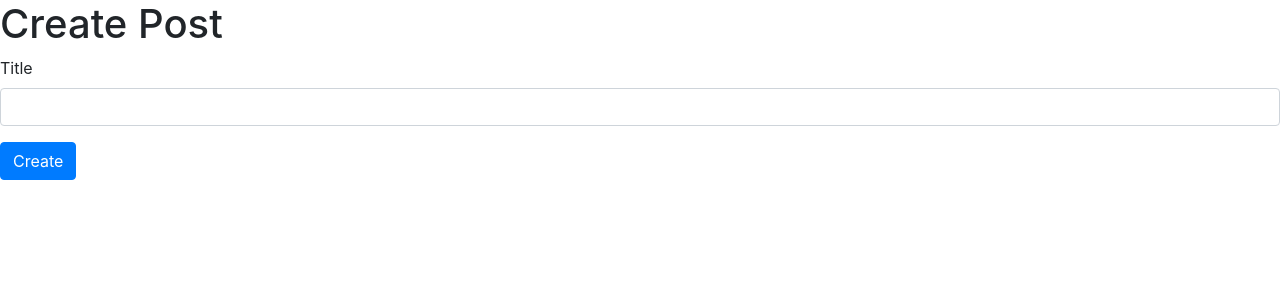
Repository: ymw0331/blog-mini-microservice
Page: / (app in blog/client/)
An editor plug-in stored every save of this project. The page is shown before and after the next save, followed by the edit.
The browser window is 1280 px wide. The pictures show the whole page.
The project was rebuilt for these pictures with package versions that can differ from the ones it lists, and the page was loaded fresh each time.

Above is the page before, as saved 2023-01-26 13:58:14.

### blog/client/public/index.html
<!DOCTYPE html>
<html lang="en">

<head>
  <meta charset="utf-8" />
  <link rel="icon" href="%PUBLIC_URL%/favicon.ico" />
  <meta name="viewport" content="width=device-width, initial-scale=1" />
  <meta name="theme-color" content="#000000" />
  <meta name="description" content="Web site created using create-react-app" />
  <link rel="apple-touch-icon" href="%PUBLIC_URL%/logo192.png" />

  <link rel="manifest" href="%PUBLIC_URL%/manifest.json" />

  <link rel="stylesheet" href="https://stackpath.bootstrapcdn.com/bootstrap/4.3.1/css/bootstrap.min.css"
    integrity="sha384-ggOyR0iXCbMQv3Xipma34MD+dH/1fQ784/j6cY/iJTQUOhcWr7x9JvoRxT2MZw1T" crossorigin="anonymous" />

  <title>React App</title>
</head>

<body>
  <noscript>You need to enable JavaScript to run this app.</noscript>
  <div id="root"></div>

</body>

</html>

### blog/client/src/index.js
import React from 'react';
import ReactDOM from 'react-dom';
import App from './App';


ReactDOM.render(
  <App />,
  document.getElementById( 'root' )
)

### blog/client/src/App.js
import React from "react";
import PostCreate from './PostCreate';

const App = () =>
{
  return <div>

    <h1>Create Post</h1>
    <PostCreate />


  </div>;
};

export default App;

### blog/client/src/PostCreate.js
import React from 'react';

export default function PostCreate ()
{
  return (
    <div>
      <div className="form-group">
        <label>Title</label>

        <input className="form-control" />

      </div>

      <button className="btn btn-primary">Create</button>
    </div>
  );
}

After the next save:
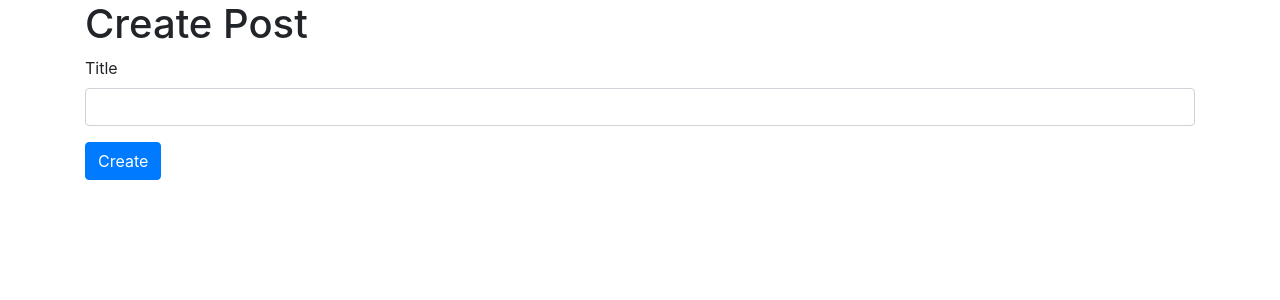
Saved 40 s later.
--- a/blog/client/src/App.js
+++ b/blog/client/src/App.js
@@ -3,7 +3,7 @@ import PostCreate from './PostCreate';
 
 const App = () =>
 {
-  return <div>
+  return <div className='container'>
 
     <h1>Create Post</h1>
     <PostCreate />
